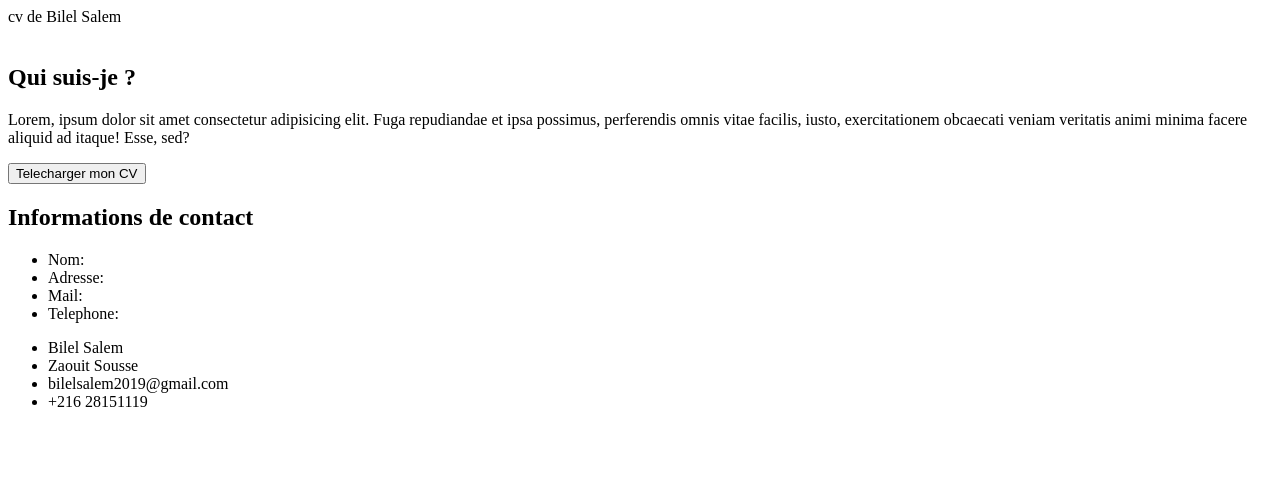
Repository: bilelsalemdev/project-cv-html-css
Page: index.html
These files come from the project's save history. The page is drawn as it stood at one moment and after the next save; the edit follows.
The browser window is 1280 px wide. The pictures show the whole page.

Above is the page before, as saved 2022-11-15 22:40:01.

### index.html
<!DOCTYPE html>
<html lang="en">
<head>
    <link rel="stylesheet" href="styles.css">
    <meta charset="UTF-8">
    <meta http-equiv="X-UA-Compatible" content="IE=edge">
    <meta name="viewport" content="width=device-width, initial-scale=1.0">
    <title>Document</title>
</head>
<body>
    <header>
        <div class="logo">cv de Bilel Salem</div>

    </header>
    <div class="my-img">
        <img src="" alt="">
    </div>
    <div class="container">
        <section class="informations">
            <div class="left-part">
                <h1>Qui suis-je ?</h1>
                <p>Lorem, ipsum dolor sit amet consectetur adipisicing elit. Fuga repudiandae et ipsa possimus, perferendis omnis vitae facilis, iusto, exercitationem obcaecati veniam veritatis animi minima facere aliquid ad itaque! Esse, sed?</p>
                <button class="orange">Telecharger mon CV

                </button>
            </div>
            <div class="second-part">
                <h1>Informations de contact</h1>
                <div class="grid">
                    <div class='left-grid'>
                        <ul>
                            <li>Nom:</li>
                            <li>Adresse:</li>
                            <li>Mail:</li>
                            <li>Telephone:</li>
                        </ul>
                    </div>
                    <div class='right-grid'>
                        <ul>
                            <li>Bilel Salem</li>
                            <li>Zaouit Sousse</li>
                            <li>bilelsalem2019@gmail.com</li>
                            <li>+216 28151119</li>
                        </ul>
                    </div>
                    <div class="social-icons">

                    </div>
                </div>
            </div>
        </section>
    </div>
    <script type="module" src="https://unpkg.com/ionicons@5.5.2/dist/ionicons/ionicons.esm.js"></script>
<script nomodule src="https://unpkg.com/ionicons@5.5.2/dist/ionicons/ionicons.js"></script>
</body>
</html>

Loaded but not shown: styles.css (no stored copy; drawn as an empty file)

After the next save:
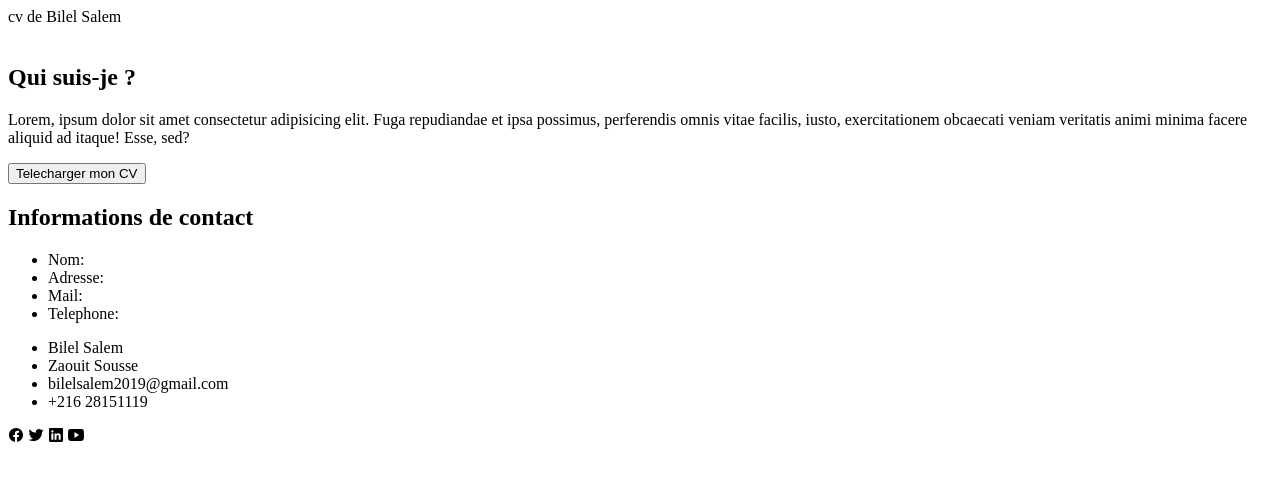
Saved 55 s later.
--- a/index.html
+++ b/index.html
@@ -44,7 +44,10 @@
                         </ul>
                     </div>
                     <div class="social-icons">
-
+                        <ion-icon name="logo-facebook"></ion-icon>
+                        <ion-icon name="logo-twitter"></ion-icon>
+                        <ion-icon name="logo-linkedin"></ion-icon>
+                        <ion-icon name="logo-youtube"></ion-icon>
                     </div>
                 </div>
             </div>
